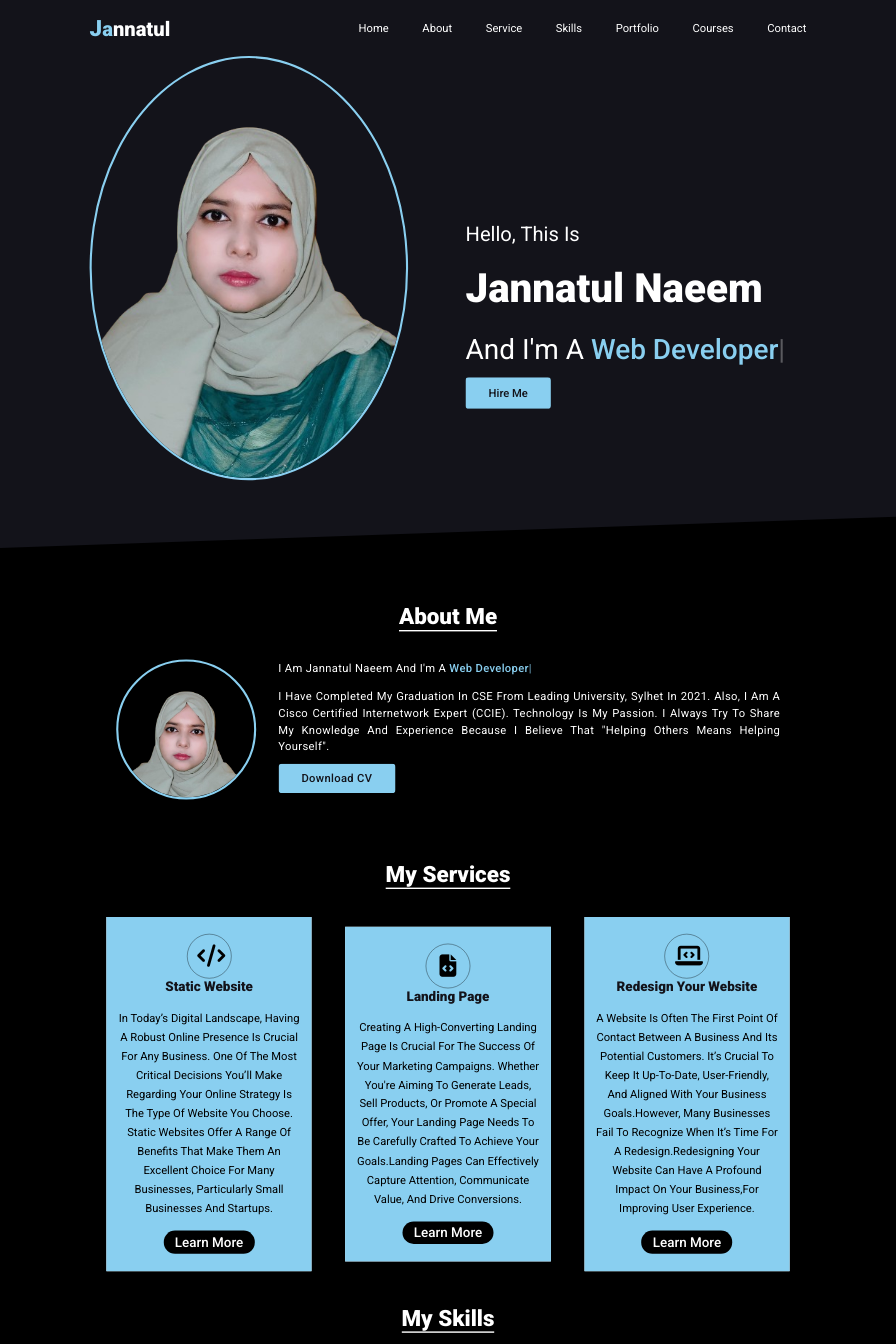
Repository: Jnmim143/My-portfolio-2024
Page: index.html
An editor plug-in stored every save of this project. The page is shown before and after the next save, followed by the edit.
The browser window is 1280 px wide. The pictures show the part of the page from y = 0 to 1920 px (the page is 6352 px tall), at 70% of full size.
Some web libraries are served in a nearby version.

Above is the page before, as saved 2024-06-26 21:19:29.

### index.html
<!DOCTYPE html>
<html lang="en">

<head>
    <meta charset="UTF-8">
    <meta http-equiv="X-UA-Compatible" content="IE=edge">
    <meta name="viewport" content="width=device-width, initial-scale=1.0">
    <title>Jannatul Naeem Portfolio Website</title>
    <!-- Font Awesome CDN link -->
    <link rel="stylesheet" href="https://cdnjs.cloudflare.com/ajax/libs/font-awesome/6.1.1/css/all.min.css" />
    <!-- Typing Script CDN Link -->
    <script src="https://cdnjs.cloudflare.com/ajax/libs/typed.js/2.0.0/typed.min.js"></script>

    <!-- Custom CSS file link -->
    <link rel="stylesheet" href="style.css">

</head>

<body>
    <!-- Nav Section Start Here -->
    <nav>
        <div class="container nav_container">
            <a href="index.html">
                <h4><span>Ja</span>nnatul</h4>
            </a>
            <ul class="nav_menu">
                <li><a href="#home">Home</a></li>
                <li><a href="#about">About</a></li>
                <li><a href="#service">Service</a></li>
                <li><a href="#skills">Skills</a></li>
                <li><a href="#portfolio">Portfolio</a></li>
                <li><a href="#courses">Courses</a></li>
                <li><a href="#contact">Contact</a></li>
            </ul>
            <button id="open-menu-btn"><i class="fa-solid fa-bars"></i></button>
            <button id="close-menu-btn"><i class="fa-solid fa-xmark"></i></button>
        </div>
    </nav>
    <!-- Nav Section End Here -->

    <!-- Header Section Start Here -->
    <header>
        <div class="container header_container" id="home">
            <div class="header_left">
                <div class="header_left_img about_img_2">
                    <img src="image/mim.png" alt="Model Image">
                </div>
            </div>
            <div class="header_right">
                <div class="text-1">Hello, this is</div>
                <div class="text-2">Jannatul Naeem</div>
                <div class="text-3">And I'm a <span class="typing"></span></div>
                <a href="https://www.facebook.com/Jnmim143/" class="btn">Hire Me</a>
            </div>
        </div>
    </header>
    <!-- Header Section End Here -->

    <!-- About Me Section Start Here -->
    <section class="about" id="about">
        <h2 class="border_bottom">About Me</h2>
        <div class="container about_container">
            <div class="about-img">
                <img src="image/mim.png" alt="about model">
            </div>
            <div class="about-text">
                <div class="text">
                    I am Jannatul Naeem and I'm a <span class="typing-2"></span>
                </div>
                <p>I have completed my graduation in CSE from Leading University, Sylhet in 2021. Also, I am a Cisco
                    Certified
                    Internetwork Expert (CCIE). Technology is my passion. I always try to share my knowledge and
                    experience
                    because I believe that "helping others means helping yourself".</p>
                <a href="https://drive.google.com/drive/folders/1G8BpV6-8cIJMekIPtkqdvBjQV5-z25Wn?usp=drive_link"
                    target="_blank" class="btn">Download CV</a>
            </div>
        </div>
    </section>
    <!-- About Me Section End Here -->

    <!-- My Services Section Start Here -->
    <div class="services" id="service">
        <h2 class="border_bottom">My Services</h2>
        <div class="container services_container">
            <div class="cards">
                <div class="card">
                    <div class="sbox">
                        <i class="fa-solid fa-code"></i>
                        <h3>Static Website</h3>
                        <p>In today’s digital landscape, having a robust online presence is crucial for any business.
                            One of the most critical decisions you’ll make regarding your online strategy is the type of
                            website you choose. Static websites offer a range of benefits that make them an excellent
                            choice for many businesses, particularly small businesses and startups.</p>
                        <a href="#">Learn More</a>
                    </div>
                </div>
                <div class="card">
                    <div class="sbox">
                        <i class="fa-solid fa-file-code"></i>
                        <h3>Landing Page</h3>
                        <p>Creating a high-converting landing page is crucial for the success of your marketing
                            campaigns. Whether you're aiming to generate leads, sell products, or promote a special
                            offer, your landing page needs to be carefully crafted to achieve your goals.landing pages
                            can effectively capture attention, communicate value, and drive conversions. </p>
                        <a href="#">Learn More</a>
                    </div>
                </div>
                <div class="card">
                    <div class="sbox">
                        <i class="fa-solid fa-laptop-code"></i>
                        <h3>Redesign Your Website</h3>
                        <p>A website is often the first point of contact between a business and its potential customers.
                            It’s crucial to keep it up-to-date, user-friendly, and aligned with your business
                            goals.However, many businesses fail to recognize when it’s time for a redesign.Redesigning
                            your website can have a profound impact on your business,for improving user experience.
                        </p>
                        <a href="#">Learn More</a>
                    </div>
                </div>
            </div>
        </div>
    </div>
    <!-- My Services Section End Here -->

    <!-- My Skills Section Start Here -->
    <div class="skills" id="skills">
        <div class="new">
            <h2 class="border_bottom">My Skills</h2>
        </div>
        <div class="container skills_container">
            <div class="bar">
                <div class="info">
                    <span>HTML</span>
                </div>
                <div class="progress-line html">
                    <span></span>
                </div>
            </div>
            <div class="bar">
                <div class="info">
                    <span>CSS</span>
                </div>
                <div class="progress-line css">
                    <span></span>
                </div>
            </div>
            <div class="bar">
                <div class="info">
                    <span>Javascript</span>
                </div>
                <div class="progress-line jquery">
                    <span></span>
                </div>
            </div>
            <div class="bar">
                <div class="info">
                    <span>Bootstrap</span>
                </div>
                <div class="progress-line python">
                    <span></span>
                </div>
            </div>
            <div class="bar">
                <div class="info">
                    <span>Tailwind</span>
                </div>
                <div class="progress-line mysql">
                    <span></span>
                </div>
            </div>

        </div>
    </div>
    <!-- My Skills Section End Here -->

    <!-- My Portfolio Section Start Here -->
    <div class="container portfolio_container" id="portfolio">
        <h2 class="border_bottom">My Previous Works</h2>
        <div class="gallery">
            <a href="https://www.facebook.com/Jnmim143/" target="_blank"><img src="image/portfolio 1.jpg"
                    alt="Portfolio 1"></a>
            <a href="https://www.facebook.com/Jnmim143/" target="_blank"><img src="image/portfolio 2.jpg"
                    alt="Portfolio 1"></a>
            <a href="https://www.facebook.com/Jnmim143/" target="_blank"><img src="image/portfolio 3.jpg"
                    alt="Portfolio 1"></a>
            <a href="https://www.facebook.com/Jnmim143/" target="_blank"><img src="image/portfolio 4.jpg"
                    alt="Portfolio 1"></a>
            <a href="https://www.facebook.com/Jnmim143/" target="_blank"><img src="image/portfolio 5.jpg"
                    alt="Portfolio 1"></a>
            <a href="https://www.facebook.com/Jnmim143/" target="_blank"><img src="image/portfolio 6.jpg"
                    alt="Portfolio 1"></a>
        </div>
    </div>
    <!-- My Portfolio Section End Here -->


    <!-- My Courses Section Start Here -->
    <div class="courses" id="courses">
        <h2 class="border_bottom">
            My Recent Works
        </h2>
        <div class="container courses_container">
            <article class="course">
                <div class="course_image">
                    <img src="image/course (1).jpg" alt="Course 1">
                </div>
                <div class="course_info">
                    <h4>Responsive Ecommerce Website Design</h4>
                    <p>Lorem ipsum dolor sit amet consectetur adipisicing elit. Rerum iure eius placeat?</p>
                    <a href="#" class="btn">Learn More</a>
                </div>
            </article>

            <article class="course">
                <div class="course_image">
                    <img src="image/course (2).jpg" alt="Course 2">
                </div>
                <div class="course_info">
                    <h4>Responsive Business Website Design</h4>
                    <p>Lorem ipsum dolor sit amet consectetur adipisicing elit. Rerum iure eius placeat?</p>
                    <a href="#" class="btn">Learn More</a>
                </div>
            </article>

            <article class="course">
                <div class="course_image">
                    <img src="image/course (3).jpg" alt="Course 3">
                </div>
                <div class="course_info">
                    <h4>Responsive Landing Page Design</h4>
                    <p>Lorem ipsum dolor sit amet consectetur adipisicing elit. Rerum iure eius placeat?</p>
                    <a href="#" class="btn">Learn More</a>
                </div>
            </article>
            <article class="course">
                <div class="course_image">
                    <img src="image/course (1).jpg" alt="Course 1">
                </div>
                <div class="course_info">
                    <h4>Responsive Ecommerce Website Design</h4>
                    <p>Lorem ipsum dolor sit amet consectetur adipisicing elit. Rerum iure eius placeat?</p>
                    <a href="#" class="btn">Learn More</a>
                </div>
            </article>

            <article class="course">
                <div class="course_image">
                    <img src="image/course (2).jpg" alt="Course 2">
                </div>
                <div class="course_info">
                    <h4>Responsive Business Website Design</h4>
                    <p>Lorem ipsum dolor sit amet consectetur adipisicing elit. Rerum iure eius placeat?</p>
                    <a href="#" class="btn">Learn More</a>
                </div>
            </article>

            <article class="course">
                <div class="course_image">
                    <img src="image/course (3).jpg" alt="Course 3">
                </div>
                <div class="course_info">
                    <h4>Responsive Landing Page Design</h4>
                    <p>Lorem ipsum dolor sit amet consectetur adipisicing elit. Rerum iure eius placeat?</p>
                    <a href="#" class="btn">Learn More</a>
                </div>
            </article>
            <article class="course">
                <div class="course_image">
                    <img src="image/course (1).jpg" alt="Course 1">
                </div>
                <div class="course_info">
                    <h4>Responsive Ecommerce Website Design</h4>
                    <p>Lorem ipsum dolor sit amet consectetur adipisicing elit. Rerum iure eius placeat?</p>
                    <a href="#" class="btn">Learn More</a>
                </div>
            </article>

            <article class="course">
                <div class="course_image">
                    <img src="image/course (2).jpg" alt="Course 2">
                </div>
                <div class="course_info">
                    <h4>Responsive Business Website Design</h4>
                    <p>Lorem ipsum dolor sit amet consectetur adipisicing elit. Rerum iure eius placeat?</p>
                    <a href="#" class="btn">Learn More</a>
                </div>
            </article>

            <article class="course">
                <div class="course_image">
                    <img src="image/course (3).jpg" alt="Course 3">
                </div>
                <div class="course_info">
                    <h4>Responsive Landing Page Design</h4>
                    <p>Lorem ipsum dolor sit amet consectetur adipisicing elit. Rerum iure eius placeat?</p>
                    <a href="#" class="btn">Learn More</a>
                </div>
            </article>

        </div>
    </div>
    <!-- My Courses Section End Here -->

    <!-- FAQs Section Start Here -->
    <section class="faqs">
        <h2 class="border_bottom">
            Frequently Asked Question
        </h2>
        <div class="container faqs_container">
            <article class="faq">
                <div class="faq_icon">
                    <i class="fa-solid fa-plus"></i>
                </div>
                <div class="question_ans">
                    <h4>What services do you offer?</h4>
                    <p>I specialize in front-end development. I create responsive, user-friendly, and visually appealing
                        websites and landing pages.</p>
                </div>
            </article>
            <article class="faq">
                <div class="faq_icon">
                    <i class="fa-solid fa-plus"></i>
                </div>
                <div class="question_ans">
                    <h4>What is your approach to responsive design?

                    </h4>
                    <p>I ensure that all my projects are fully responsive, meaning they look and function great on all
                        devices, from desktops to tablets and smartphones. I use mobile-first design principles and
                        thoroughly test across different screen sizes.</p>
                </div>
            </article>
            <article class="faq">
                <div class="faq_icon">
                    <i class="fa-solid fa-plus"></i>
                </div>
                <div class="question_ans">
                    <h4>How much do you charge for a project?</h4>
                    <p>My rates depend on the scope and complexity of the project. After discussing your requirements, I
                        can provide a detailed quote. Feel free to contact me for a consultation.</p>
                </div>
            </article>
            <article class="faq">
                <div class="faq_icon">
                    <i class="fa-solid fa-plus"></i>
                </div>
                <div class="question_ans">
                    <h4>How long does it take to complete a project?</h4>
                    <p>The timeline varies based on the project’s size and complexity. A typical small to medium-sized
                        project can take anywhere from a few days to a couple of weeks. I will provide a more accurate
                        timeline after discussing your project in detail.</p>
                </div>
            </article>
            <article class="faq">
                <div class="faq_icon">
                    <i class="fa-solid fa-plus"></i>
                </div>
                <div class="question_ans">
                    <h4>Do you work with clients globally?

                    </h4>
                    <p>Yes, I work with clients from all over the world. Thanks to modern communication tools, we can
                        easily collaborate remotely, regardless of your location.</p>
                </div>
            </article>
            <article class="faq">
                <div class="faq_icon">
                    <i class="fa-solid fa-plus"></i>
                </div>
                <div class="question_ans">
                    <h4>Can you help with website design?</h4>
                    <p>While my primary focus is on front-end development, I also have experience in UI/UX design. I can
                        create design mockups and collaborate with designers to ensure the final product meets your
                        aesthetic and functional requirements.</p>
                </div>
            </article>
            <article class="faq">
                <div class="faq_icon">
                    <i class="fa-solid fa-plus"></i>
                </div>
                <div class="question_ans">
                    <h4>What technologies do you use?</h4>
                    <p>I use a variety of technologies and tools, including HTML, CSS, JavaScript, React, bootstrap,
                        tailwind, daisyUI
                        Git, and more. I continuously update my skills to keep up with the latest trends and best
                        practices in front-end development.</p>
                </div>
            </article>
            <article class="faq">
                <div class="faq_icon">
                    <i class="fa-solid fa-plus"></i>
                </div>
                <div class="question_ans">
                    <h4>Do you work on-site or remotely?</h4>
                    <p>I am flexible and can work remotely, depending on your needs. I am comfortable collaborating with
                        remote teams using tools like Slack, Zoom, and Trello.</p>
                </div>
            </article>
            <article class="faq">
                <div class="faq_icon">
                    <i class="fa-solid fa-plus"></i>
                </div>
                <div class="question_ans">
                    <h4>Can you provide examples of your work?</h4>
                    <p>Yes, you can view examples of my previous projects in the Portfolio section of my website. </p>
                </div>
            </article>
            <article class="faq">
                <div class="faq_icon">
                    <i class="fa-solid fa-plus"></i>
                </div>
                <div class="question_ans">
                    <h4>How do we get started?</h4>
                    <p>To get started, you can reach out to me through the Email address or Whatsapp number on my
                        website. We can schedule a consultation to discuss your project requirements, goals, and
                        timeline.</p>
                </div>
            </article>
        </div>
    </section>
    <!-- FAQs Section End Here -->

    <!-- Footer Section Start Here -->
    <footer>
        <div class="container footer_container">
            <div class="footer_1">
                <a href="index.html" class="footer_logo">
                    <h4>JANNATUL NAEEM</h4>
                </a>
                <p>Want to know more about my skills and experience?
                    View my resume
                </p>
                <h5>Let's connect and discuss your next project!</h5>
            </div>

            <div class="footer_2">
                <h4>Permalinks</h4>
                <ul class="permalinks">
                    <li><a href="index.html">Home</a></li>
                    <li><a href="#about">About</a></li>
                    <li><a href="#courses">Courses</a></li>
                    <li><a href="#">Contact</a></li>
                </ul>
            </div>

            <div class="footer_3">
                <h4>Privacy</h4>
                <ul class="privacy">
                    <li><a href="#">Privacy & Policy</a></li>
                    <li><a href="#">Terms & Conditions</a></li>
                    <li><a href="#">Refund Ploicy</a></li>
                </ul>
            </div>

            <div class="footer_4">
                <h4 id="contact">Contact Me</h4>
                <div>
                    <p>+8801853043501</p>
                    <p class="mail">jnmim22@gmail.com
                    </p>
                </div>
                <ul class="footer_social">
                    <li><a href="https://www.facebook.com/Jnmim143/"> <i class="fa-brands fa-facebook-f"></i> </a>
                    </li>
                    <li><a href="https://www.instagram.com/jnmim/"> <i class="fa-brands fa-instagram"></i> </a></li>
                    <li><a href="https://www.linkedin.com/in/jannatul-nayeem1/"> <i class="fa-brands fa-linkedin"></i>
                        </a>
                    </li>
                    <!-- <li><a href="https://youtube.com/nextprotipsyt"> <i class="fa-brands fa-youtube"></i> </a></li> -->
                </ul>
            </div>
        </div>
        <div class="footer_copyright">
            <small>Copyright &copy; DEVELOPER JANNATUL NAEEM</small>
        </div>
    </footer>
    <!-- Footer Section End Here -->


    <!-- Custom Javascript File Link -->
    <script src="script.js"></script>
</body>

</html>

Loaded but not shown: script.js (54 lines, source omitted); style.css (940 lines, source omitted)

After the next save:
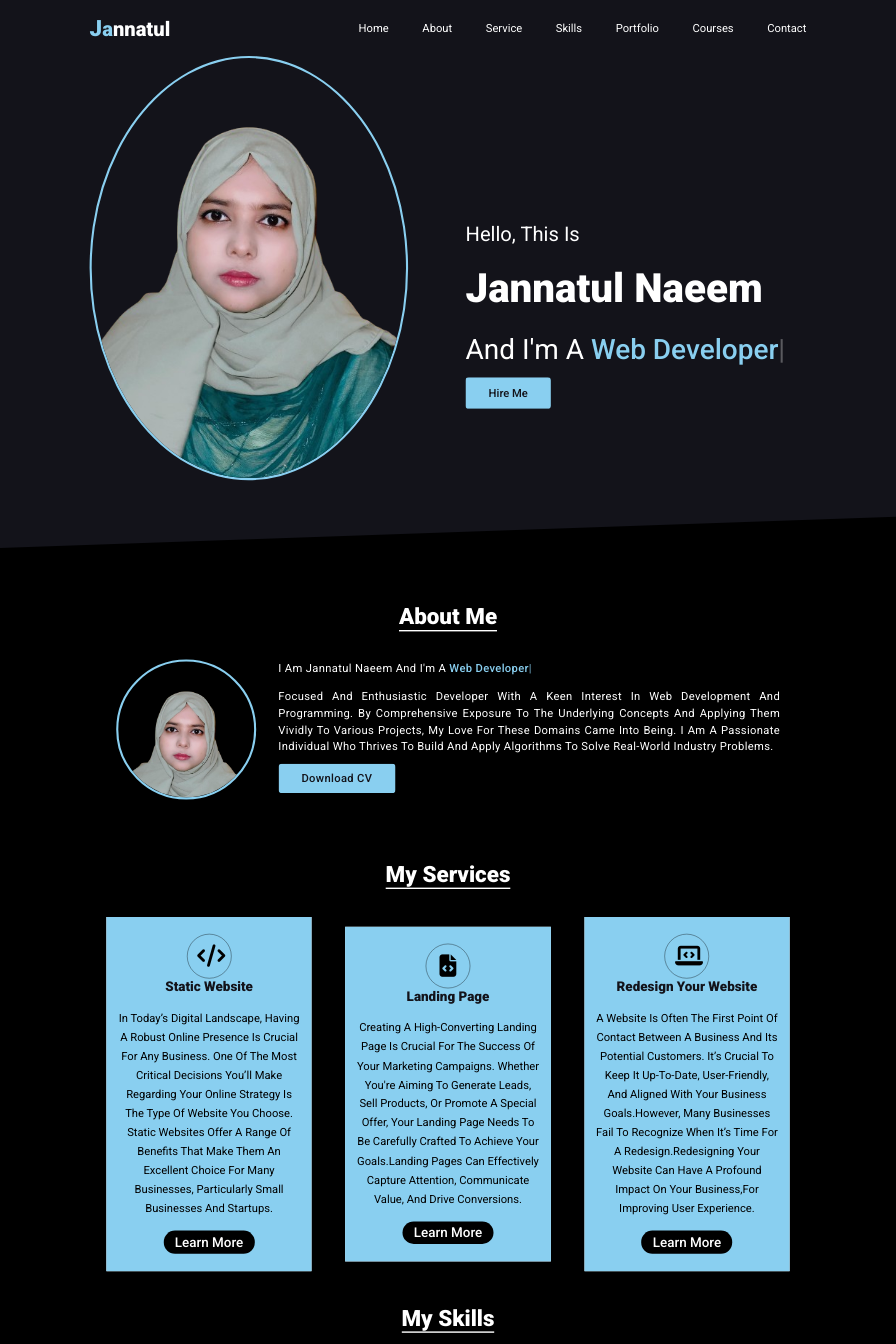
Saved 5 min 20 s later.
--- a/index.html
+++ b/index.html
@@ -67,11 +67,10 @@
                 <div class="text">
                     I am Jannatul Naeem and I'm a <span class="typing-2"></span>
                 </div>
-                <p>I have completed my graduation in CSE from Leading University, Sylhet in 2021. Also, I am a Cisco
-                    Certified
-                    Internetwork Expert (CCIE). Technology is my passion. I always try to share my knowledge and
-                    experience
-                    because I believe that "helping others means helping yourself".</p>
+                <p>Focused and enthusiastic developer with a keen interest in web development and programming. By
+                    comprehensive exposure to the underlying concepts and applying them vividly to various projects, my
+                    love for these domains came into being. I am a passionate individual who thrives to build and apply
+                    algorithms to solve real-world industry problems.</p>
                 <a href="https://drive.google.com/drive/folders/1G8BpV6-8cIJMekIPtkqdvBjQV5-z25Wn?usp=drive_link"
                     target="_blank" class="btn">Download CV</a>
             </div>
